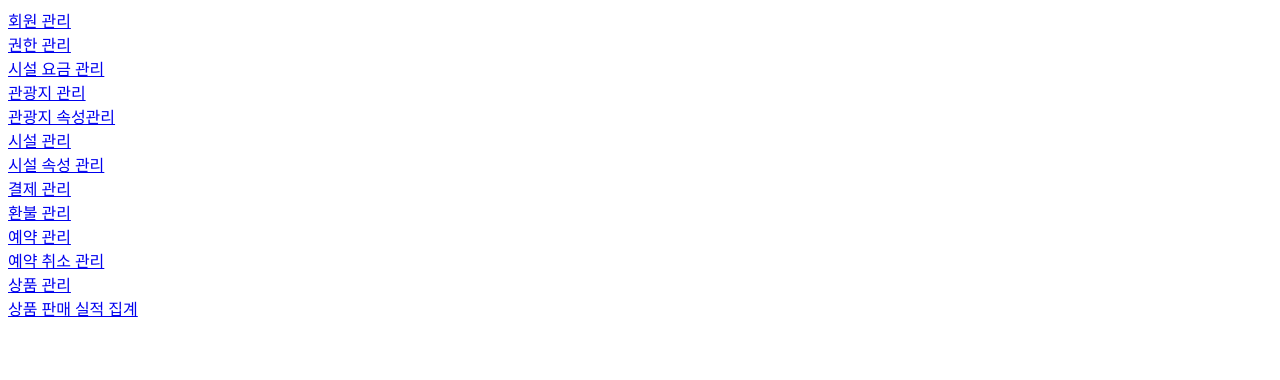
Repository: psyoongsc/SogongDo_Facility
Page: http://localhost/SogongDo_Management_System/
The author's editor kept a copy of each file at every save. The page is drawn from the files as they stood at one save, then again after the next save.
The browser window is 1280 px wide. The pictures show the whole page.
The page is served by Tomcat 9. Nobody is signed in. The application's start-up code is not run. Other server files are loaded and not shown.

Above is the page before, as saved 2020-06-25 14:17:36.

### SogongDo_Management_System/WebContent/index.jsp
<%@ page language="java" contentType="text/html; charset=UTF-8"
    pageEncoding="UTF-8"%>
<!DOCTYPE html>
<html>
<head>
<meta charset="EUC-KR">
<title>소공도 관리시스템</title>
</head>
<body>
	<a href="Member/view">회원 관리</a> <br>
	<a href="Member/view">권한 관리</a> <br>
	<a href="Member/view">시설 요금 관리</a> <br>
	<a href="Member/view">관광지 관리</a> <br>
	<a href="Member/view">관광지 속성관리</a> <br>
	<a href="Member/view">시설 관리</a> <br>
	<a href="Member/view">시설 속성 관리</a> <br>
	<a href="Member/view">결제 관리</a> <br>
	<a href="Member/view">환불 관리</a> <br>
	<a href="Member/view">예약 관리</a> <br>
	<a href="Member/view">예약 취소 관리</a> <br>
	<a href="Member/view">상품 관리</a> <br>
	<a href="Member/view">상품 판매 실적 집계</a> <br>
	<a href="Member/view"></a> <br>
	<a href="Member/view"></a> <br>

</body>
</html>

After the next save:
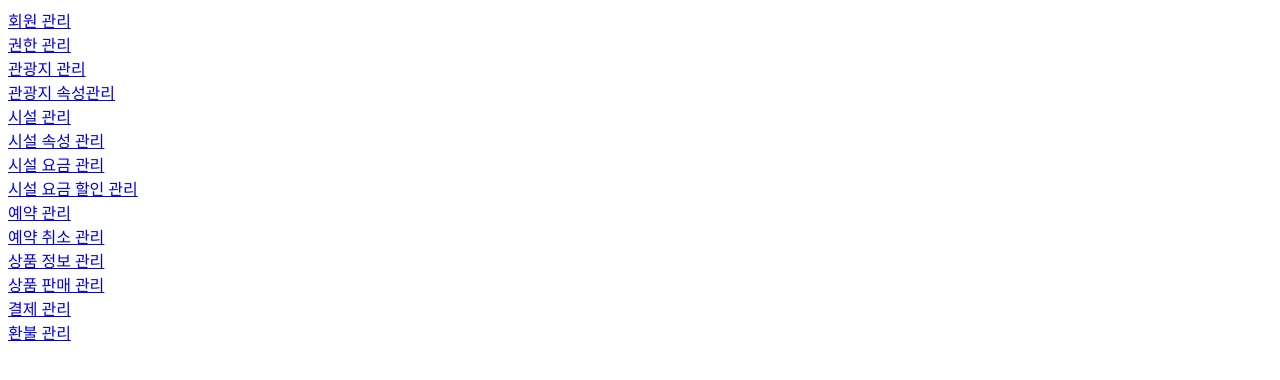
Saved 2 min 36 s later.
--- a/SogongDo_Management_System/WebContent/index.jsp
+++ b/SogongDo_Management_System/WebContent/index.jsp
@@ -9,19 +9,17 @@
 <body>
 	<a href="Member/view">회원 관리</a> <br>
 	<a href="Member/view">권한 관리</a> <br>
-	<a href="Member/view">시설 요금 관리</a> <br>
 	<a href="Member/view">관광지 관리</a> <br>
 	<a href="Member/view">관광지 속성관리</a> <br>
 	<a href="Member/view">시설 관리</a> <br>
 	<a href="Member/view">시설 속성 관리</a> <br>
+	<a href="Member/view">시설 요금 관리</a> <br>
+	<a href="Member/view">시설 요금 할인 관리</a> <br>
+	<a href="Member/view">예약 관리</a> <br>
+	<a href="Member/view">예약 취소 관리</a> <br>
+	<a href="Member/view">상품 정보 관리</a> <br>
+	<a href="Member/view">상품 판매 관리</a> <br>
 	<a href="Member/view">결제 관리</a> <br>
 	<a href="Member/view">환불 관리</a> <br>
-	<a href="Member/view">예약 관리</a> <br>
-	<a href="Member/view">예약 취소 관리</a> <br>
-	<a href="Member/view">상품 관리</a> <br>
-	<a href="Member/view">상품 판매 실적 집계</a> <br>
-	<a href="Member/view"></a> <br>
-	<a href="Member/view"></a> <br>
-
 </body>
 </html>
